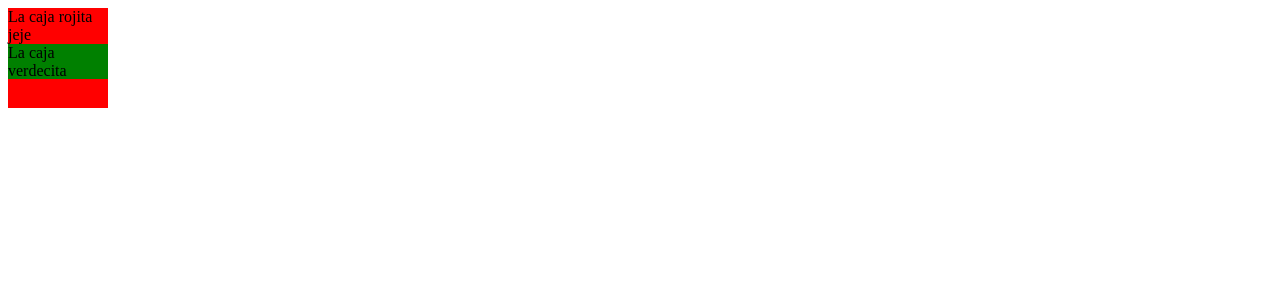
Repository: carrascomcesar/ShopIt
Page: i.html
These files come from the project's save history. The page is drawn as it stood at one moment and after the next save; the edit follows.
The browser window is 1280 px wide. The pictures show the whole page.

Above is the page before, as saved 2021-03-27 13:23:52.

### i.html
<!DOCTYPE html>
<html lang="en">
<head>
    <meta charset="UTF-8">
    <meta http-equiv="X-UA-Compatible" content="IE=edge">
    <meta name="viewport" content="width=device-width, initial-scale=1.0">
    <link rel="stylesheet" href="i.css">
    <title>Document</title>
</head>
<body>

        <div id="first">La caja rojita jeje
        <div id="second">La caja verdecita</div>

        </div>


</body>
</html>

### i.css
/* .mybox {
  position: initial;
  width: 100px;
  height: 10px;
  background: red;
  left: 10px;
  top: 100px;
}
.mybox2 {
  position: initial;
  width: 100px;
  height: 100px;
  background: green;
  left: 10px;
  top: 100px;
} */
#first {
  width: 100px;
  height: 100px;
  background: red;
  /* overflow: hidden; */
}

#first #second {
  position: relative;
  width: 100%;
  height: 35%;
  /* margin: auto; */
  /* margin-top: 25%; */
  background: green;
}

After the next save:
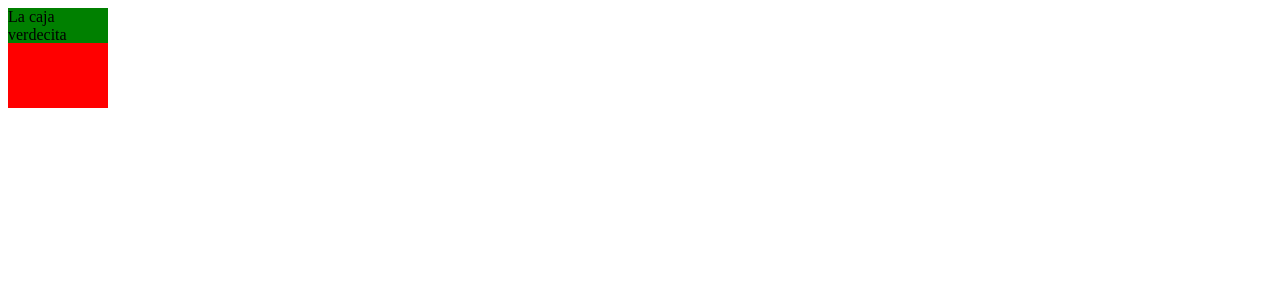
Saved 14 s later.
--- a/i.html
+++ b/i.html
@@ -9,7 +9,7 @@
 </head>
 <body>
 
-        <div id="first">La caja rojita jeje
+        <div id="first">
         <div id="second">La caja verdecita</div>
 
         </div>
